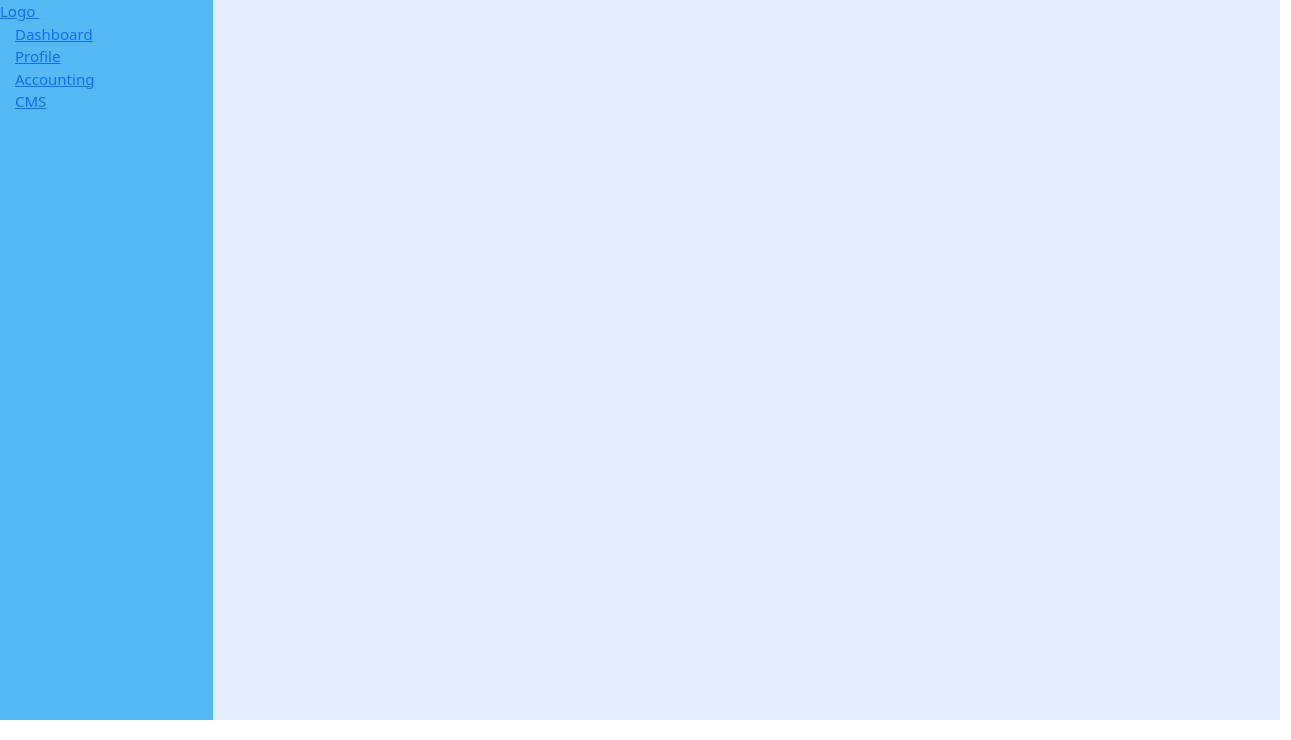
Repository: latenightsnacc/AllinOne
Page: Design/index.html
These files come from the project's save history. The page is drawn as it stood at one moment and after the next save; the edit follows.
The browser window is 1280 px wide. The page is 1280 px wide, then 1291 px, so the pictures cover 1291 px, including what lies to the right of the window. The pictures show the whole page.
The style sheet was rebuilt from its Sass, Less or Tailwind sources for each picture, by a compiler version that may differ from the author's.

Above is the page before, as saved 2020-09-15 16:22:32.

After the next save:
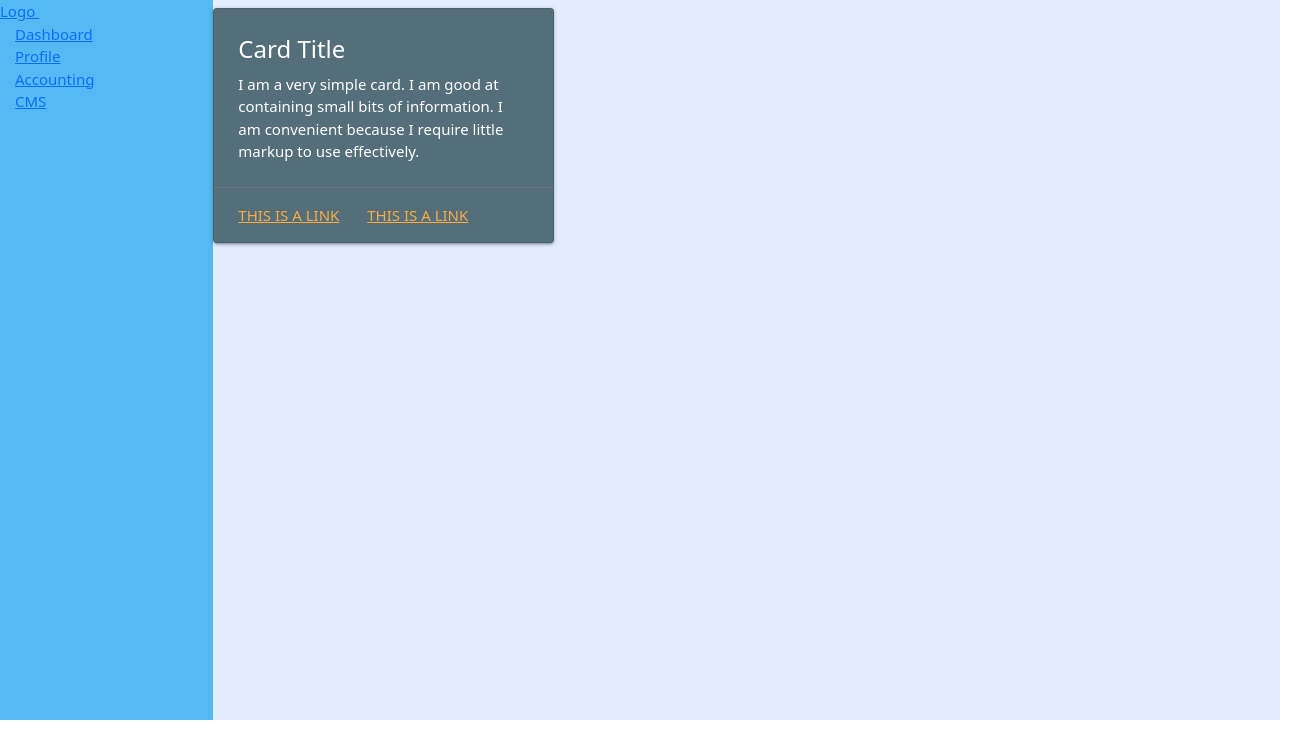
Saved 116 s later.
--- a/Design/index.html
+++ b/Design/index.html
@@ -55,7 +55,19 @@
 
                 </div>
                 <div class="row">
-
+                    <div class="col-xs-12 col-sm-12 col-md-4 col-lg-4 col-xl-4 col-xxl-4">
+                        <div class="card blue-grey darken-1">
+                          <div class="card-content white-text">
+                            <span class="card-title">Card Title</span>
+                            <p>I am a very simple card. I am good at containing small bits of information.
+                            I am convenient because I require little markup to use effectively.</p>
+                          </div>
+                          <div class="card-action">
+                            <a href="#">This is a link</a>
+                            <a href="#">This is a link</a>
+                          </div>
+                        </div>
+                      </div>
                 </div>
             </div>
 
